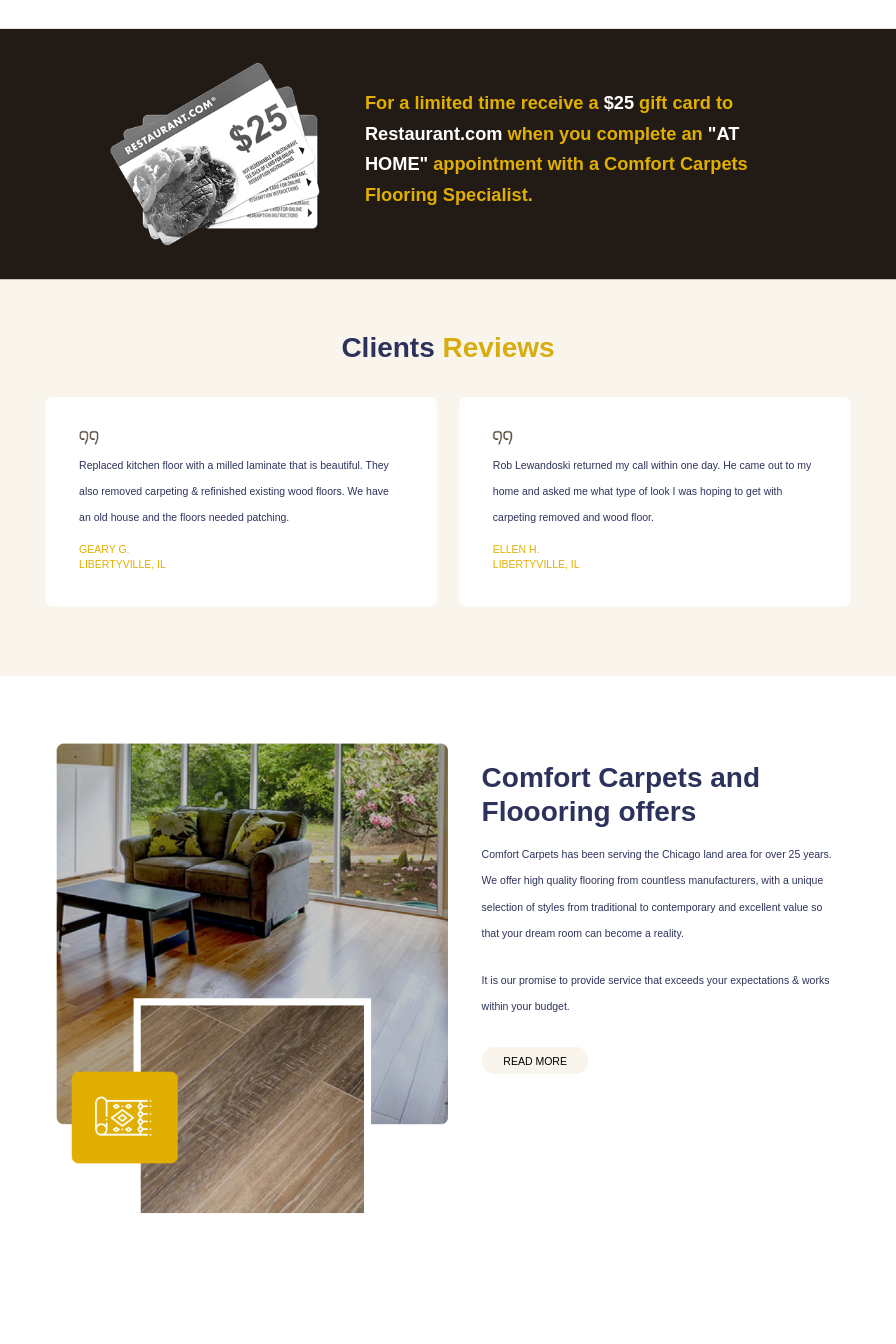
Repository: Ab-dur-Rehman/sscaseFolders
Page: index.html
The author's editor kept a copy of each file at every save. The page is drawn from the files as they stood at one save, then again after the next save.
The browser window is 1280 px wide. The pictures show the part of the page from y = 3095 to 5015 px (the page is 5015 px tall before and 5005 px after), at 70% of full size.
Some web fonts or font styles are not loaded; a fallback is used.

Above is the page before, as saved 2022-12-26 13:31:01.

After the next save:
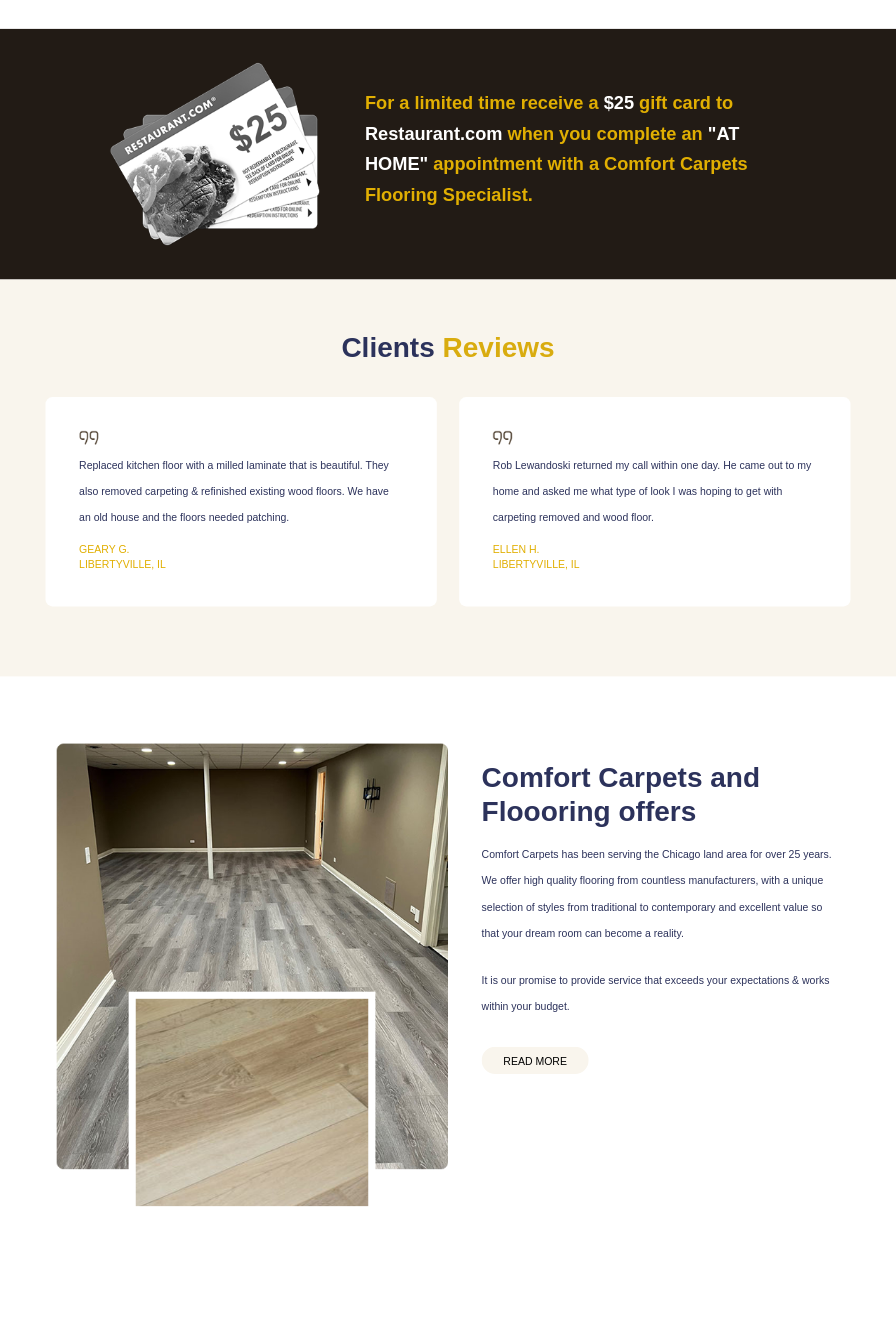
Saved 34 s later.
--- a/index.html
+++ b/index.html
@@ -217,7 +217,7 @@
         <div class="content-wrapper-6 py-5">
           <div class="row gx-0 d-flex flex-row align-items-top py-5 px-3 mx-auto main-content-2">
             <div class="cont-1-pic col-md-6">
-              <img src="assets/images/about.png" alt="Cont-1-pic"/>
+              <img src="assets/images/comfort-bg.png" alt="Cont-1-pic"/>
             </div>
             <div class="cont-1-text col-md-6 my-4">
               <div class="cont-1-text-inner p-text ps-md-5">
